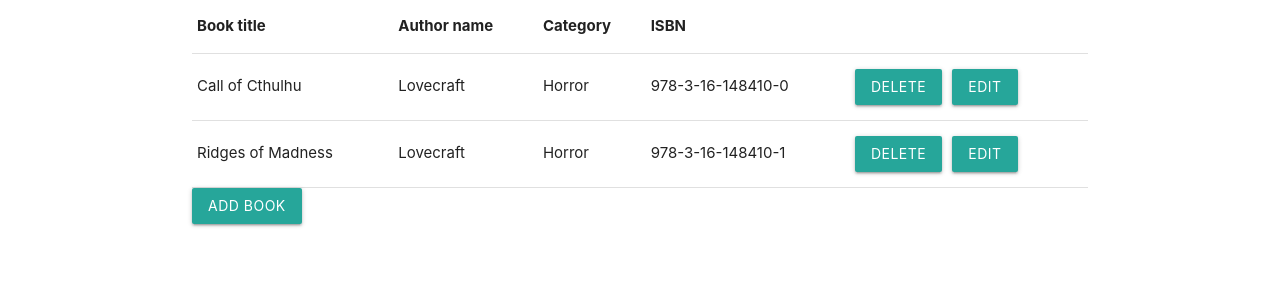
Repository: AlexanderBil/bookShalf
Page: /
These files come from the project's save history. The page is drawn as it stood at one moment and after the next save; the edit follows.
The browser window is 1280 px wide. The pictures show the whole page.
The project was rebuilt for these pictures with package versions that can differ from the ones it lists, and the page was loaded fresh each time. Also part of the build but not shown: src/components/AddBook.js, src/components/Edit.js, src/components/Modal.css.

Above is the page before, as saved 2021-06-27 20:07:13.

After the next save:
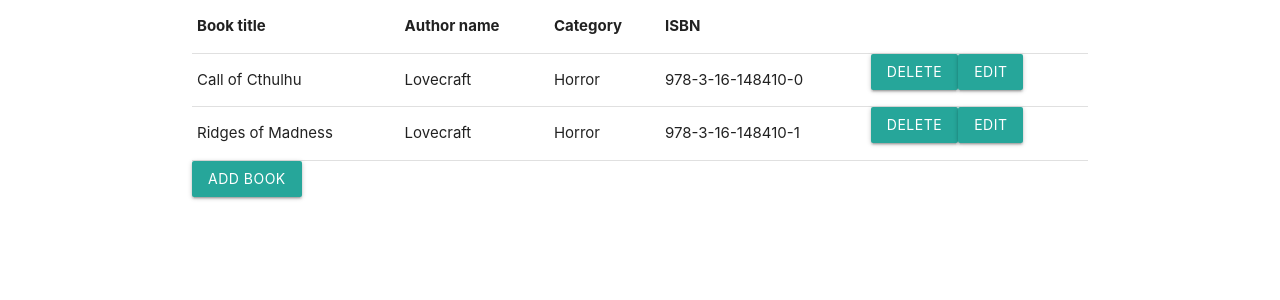
Saved 4 s later.
--- a/src/index.css
+++ b/src/index.css
@@ -8,7 +8,7 @@
 }
 
 .edit, .delete{
-  margin: 15px 5px;
+  /* margin: 15px 5px; */
   display: table-cell;
   text-align: left;
   vertical-align: middle;

After the save that followed:
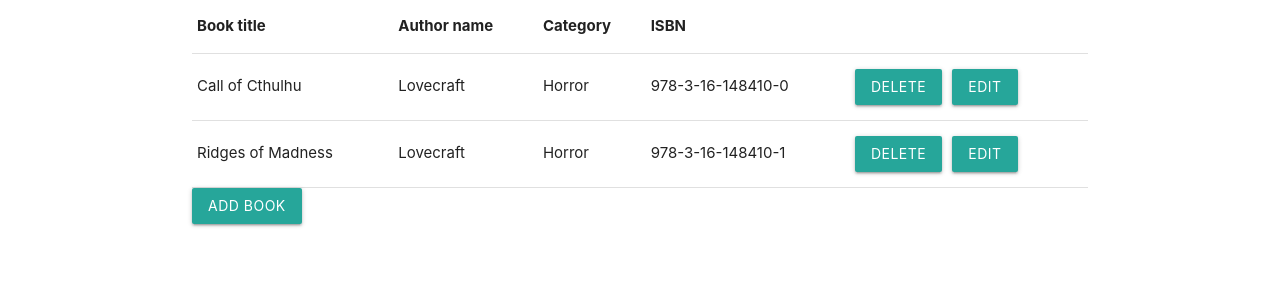
Saved 93 s later.
--- a/src/index.css
+++ b/src/index.css
@@ -8,7 +8,7 @@
 }
 
 .edit, .delete{
-  /* margin: 15px 5px; */
+  margin: 15px 5px;
   display: table-cell;
   text-align: left;
   vertical-align: middle;
